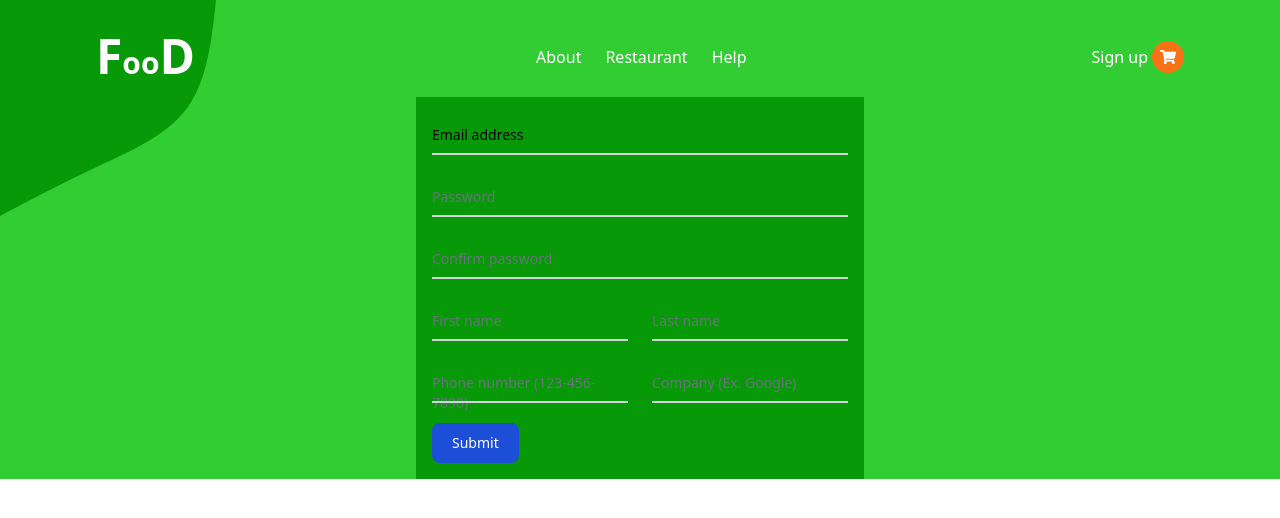
Repository: KhushiCode14/FoodWeb
Page: /signUp (app in frontend/)
An editor plug-in stored every save of this project. The page is shown before and after the next save, followed by the edit.
The browser window is 1280 px wide. The pictures show the whole page.
The project was rebuilt for these pictures with package versions that can differ from the ones it lists, and the page was loaded fresh each time. Also part of the build but not shown: frontend/src/Pages/Home.tsx, frontend/src/components/Home/SignIn.tsx, frontend/src/components/Home/Cart.tsx.

Above is the page before, as saved 2024-09-20 20:01:26.

### frontend/src/index.css
@tailwind base;
@tailwind components;
@tailwind utilities;

.bgBack{
  background-image: url(../src/components/images/background.svg);
}
.bgSignUp{
  background-image:url(../src/components/images/signUpBg.jpeg);
}

### frontend/src/App.tsx
import { Route, BrowserRouter as Router, Routes, } from 'react-router-dom';
import './App.css';
import Navbar from './Pages/Navbar';
import Home from './Pages/Home';
import SignUp from './components/Home/SignUp';
import SignIn from './components/Home/SignIn';
import Cart from './components/Home/Cart';

function App() {
  return (
    <div className="App bgBack m-0 px-20 pt-2 max-sm:px-3 max-sm:pt-1">
      <Router>
        <Navbar />
        <Routes>
          <Route path="/" element={<Home />} />
          <Route path="/signUp" element={<SignUp />} />
          {/* Sign Up: This action is for new users who want to create an account. */}
          <Route path="/signIn" element={<SignIn />} />
          {/* Sign In: This action is for users who already have an account */}
          <Route path="/cart" element={<Cart />} />
          {/* <Route  path="/about" element={About} />
        <Route  path="/contact" element={Contact} /> */}
        </Routes>
      </Router>

    </div>
  );
}

export default App;

### frontend/src/Pages/Navbar.tsx
import { NavLink, Link } from "react-router-dom";
import { FaShoppingCart, FaCartPlus } from "react-icons/fa";
import { useState } from "react";
import { IoReorderThreeOutline } from "react-icons/io5";

interface Nav {
  to: string;
  linkName: string;
}

const Navbar: React.FC = () => {
  const [sign, setSign] = useState<string>('Sign up');
  const [menu, setMenu] = useState<boolean>(false);
  const [cart, setCart] = useState<JSX.Element>(<FaShoppingCart />);

  const navLinks: Nav[] = [
    { to: "/about", linkName: "About" },
    { to: "/", linkName: "Restaurant" },
    { to: "/help", linkName: "Help" },
  ];

  const handleSignToggle = () => {
    setSign((prev) => (prev === 'Sign up' ? 'Sign in' : 'Sign up'));
  };

  const handleCartToggle = () => {
    setCart((prevCart) =>
      prevCart.type === FaShoppingCart ? <FaCartPlus /> : <FaShoppingCart />
    );
  };

  return (
    <div className="mt-2 flex justify-between items-center text-white  p-4">
      <div className="font-bold text-3xl">
        <Link to="/">
          <span className="text-5xl">F</span>oo<span className="text-5xl">D</span>
        </Link>
      </div>

      {/* Desktop Menu */}
      <div className="hidden md:flex">
        {navLinks.map((link, index) => (
          <Link key={index} to={link.to} className="mx-3 hover:text-gray-400">
            {link.linkName}
          </Link>
        ))}
      </div>

      {/* Mobile Menu Button */}
      <div className="flex items-center relative">
        <button className="hidden md:block">
          <NavLink to="/signUp" onClick={handleSignToggle} className="m-1">
            {sign}
          </NavLink>
        </button>

        <div onClick={handleCartToggle} className="bg-orange-500 p-2 rounded-full cursor-pointer">
         <Link to="/cart"> {cart}</Link>
        </div>

        <div className="md:hidden flex items-center ml-3">
          <IoReorderThreeOutline onClick={() => setMenu(!menu)} className="text-2xl cursor-pointer" />
        </div>
      </div>

      {/* Mobile Dropdown Menu */}
      {menu && (
        <div className="md:hidden mt-2 absolute right-0 w-40 bg-orange-500  p-2 rounded-lg z-10 top-20">
          <ul className="flex flex-col">
            {navLinks.map((link, index) => (
              <li key={index} className="my-1">
                <Link to={link.to} className="block px-4 py-2 text-white text-1xl  hover:bg-orange-800 rounded">
                  {link.linkName}
                </Link>
              </li>
            ))}
          </ul>
        </div>
      )}
    </div>
  );
};

export default Navbar;

### frontend/src/components/Home/SignUp.tsx
import React, { useState } from 'react';

const FormComponent: React.FC = () => {
  const [formData, setFormData] = useState({
    email: '',
    password: '',
    repeatPassword: '',
    firstName: '',
    lastName: '',
    phone: '',
    company: ''
  });

  const handleChange = (e: React.ChangeEvent<HTMLInputElement>) => {
    setFormData({ ...formData, [e.target.name]: e.target.value });
  };

  const handleSubmit = (e: React.FormEvent) => {
    e.preventDefault();
    console.log(formData);
    // Add form submission logic here
  };

  return (
    <form className="max-w-md mx-auto bg-[#079907] p-4 " onSubmit={handleSubmit} >
      <div className="relative z-0 w-full mb-5 group ">
        <input
          type="email"
          name="email"
          id="floating_email"
          className="block py-2.5 px-0 w-full text-sm text-black bg-transparent border-0 border-b-2 border-gray-300 appearance-none dark:text-white dark:border-gray-600 dark:focus:border-blue-500 focus:outline-none focus:ring-0 focus:border-blue-600 peer"
          placeholder=" "
          value={formData.email}
          onChange={handleChange}
          required
        />
        <label
          htmlFor="floating_email"
          className="peer-focus:font-medium absolute text-sm text-black  dark:text-gray-900 duration-300 transform -translate-y-6 scale-75 top-3 -z-10 origin-[0] peer-focus:start-0 rtl:peer-focus:translate-x-1/4 peer-focus:text-blue-600 peer-focus:dark:text-blue-500 peer-placeholder-shown:scale-100 peer-placeholder-shown:translate-y-0 peer-focus:scale-75 peer-focus:-translate-y-6"
        >
          Email address
        </label>
      </div>

      <div className="relative z-0 w-full mb-5 group">
        <input
          type="password"
          name="password"
          id="floating_password"
          className="block py-2.5 px-0 w-full text-sm text-gray-900 bg-transparent border-0 border-b-2 border-gray-300 appearance-none dark:text-gray-900  dark:border-gray-600 dark:focus:border-blue-500 focus:outline-none focus:ring-0 focus:border-blue-600 peer"
          placeholder=" "
          value={formData.password}
          onChange={handleChange}
          required
        />
        <label
          htmlFor="floating_password"
          className="peer-focus:font-medium absolute text-sm text-gray-500 dark:text-gray-900 duration-300 transform -translate-y-6 scale-75 top-3 -z-10 origin-[0] peer-focus:start-0 rtl:peer-focus:translate-x-1/4 peer-focus:text-blue-600 peer-focus:dark:text-blue-500 peer-placeholder-shown:scale-100 peer-placeholder-shown:translate-y-0 peer-focus:scale-75 peer-focus:-translate-y-6"
        >
          Password
        </label>
      </div>

      <div className="relative z-0 w-full mb-5 group">
        <input
          type="password"
          name="repeatPassword"
          id="floating_repeat_password"
          className="block py-2.5 px-0 w-full text-sm text-gray-900 bg-transparent border-0 border-b-2 border-gray-300 appearance-none dark:text-gray-900  dark:border-gray-600 dark:focus:border-blue-500 focus:outline-none focus:ring-0 focus:border-blue-600 peer"
          placeholder=" "
          value={formData.repeatPassword}
          onChange={handleChange}
          required
        />
        <label
          htmlFor="floating_repeat_password"
          className="peer-focus:font-medium absolute text-sm text-gray-500 dark:text-gray-900  duration-300 transform -translate-y-6 scale-75 top-3 -z-10 origin-[0] peer-focus:start-0 rtl:peer-focus:translate-x-1/4 peer-focus:text-blue-600 peer-focus:dark:text-blue-500 peer-placeholder-shown:scale-100 peer-placeholder-shown:translate-y-0 peer-focus:scale-75 peer-focus:-translate-y-6"
        >
          Confirm password
        </label>
      </div>

      <div className="grid md:grid-cols-2 md:gap-6">
        <div className="relative z-0 w-full mb-5 group">
          <input
            type="text"
            name="firstName"
            id="floating_first_name"
            className="block py-2.5 px-0 w-full text-sm text-gray-900 bg-transparent border-0 border-b-2 border-gray-300 appearance-none dark:text-gray-900  dark:border-gray-600 dark:focus:border-blue-500 focus:outline-none focus:ring-0 focus:border-blue-600 peer"
            placeholder=" "
            value={formData.firstName}
            onChange={handleChange}
            required
          />
          <label
            htmlFor="floating_first_name"
            className="peer-focus:font-medium absolute text-sm text-gray-500 dark:text-gray-900 duration-300 transform -translate-y-6 scale-75 top-3 -z-10 origin-[0] peer-focus:start-0 rtl:peer-focus:translate-x-1/4 peer-focus:text-blue-600 peer-focus:dark:text-blue-500 peer-placeholder-shown:scale-100 peer-placeholder-shown:translate-y-0 peer-focus:scale-75 peer-focus:-translate-y-6"
          >
            First name
          </label>
        </div>

        <div className="relative z-0 w-full mb-5 group">
          <input
            type="text"
            name="lastName"
            id="floating_last_name"
            className="block py-2.5 px-0 w-full text-sm text-gray-900 bg-transparent border-0 border-b-2 border-gray-300 appearance-none dark:text-gray-900  dark:border-gray-600 dark:focus:border-blue-500 focus:outline-none focus:ring-0 focus:border-blue-600 peer"
            placeholder=" "
            value={formData.lastName}
            onChange={handleChange}
            required
          />
          <label
            htmlFor="floating_last_name"
            className="peer-focus:font-medium absolute text-sm text-gray-500 dark:text-gray-900 duration-300 transform -translate-y-6 scale-75 top-3 -z-10 origin-[0] peer-focus:start-0 rtl:peer-focus:translate-x-1/4 peer-focus:text-blue-600 peer-focus:dark:text-blue-500 peer-placeholder-shown:scale-100 peer-placeholder-shown:translate-y-0 peer-focus:scale-75 peer-focus:-translate-y-6"
          >
            Last name
          </label>
        </div>
      </div>

      <div className="grid md:grid-cols-2 md:gap-6">
        <div className="relative z-0 w-full mb-5 group">
          <input
            type="tel"
            pattern="[0-9]{3}-[0-9]{3}-[0-9]{4}"
            name="phone"
            id="floating_phone"
            className="block py-2.5 px-0 w-full text-sm text-gray-900 bg-transparent border-0 border-b-2 border-gray-300 appearance-none dark:text-white dark:border-gray-600 dark:focus:border-blue-500 focus:outline-none focus:ring-0 focus:border-blue-600 peer"
            placeholder=" "
            value={formData.phone}
            onChange={handleChange}
            required
          />
          <label
            htmlFor="floating_phone"
            className="peer-focus:font-medium absolute text-sm text-gray-500 dark:text-gray-900  duration-300 transform -translate-y-6 scale-75 top-3 -z-10 origin-[0] peer-focus:start-0 rtl:peer-focus:translate-x-1/4 peer-focus:text-blue-600 peer-focus:dark:text-blue-500 peer-placeholder-shown:scale-100 peer-placeholder-shown:translate-y-0 peer-focus:scale-75 peer-focus:-translate-y-6"
          >
            Phone number (123-456-7890)
          </label>
        </div>

        <div className="relative z-0 w-full mb-5 group">
          <input
            type="text"
            name="company"
            id="floating_company"
            className="block py-2.5 px-0 w-full text-sm text-gray-900 bg-transparent border-0 border-b-2 border-gray-300 appearance-none dark:text-gray-900  dark:border-gray-600 dark:focus:border-blue-500 focus:outline-none focus:ring-0 focus:border-blue-600 peer"
            placeholder=" "
            value={formData.company}
            onChange={handleChange}
            required
          />
          <label
            htmlFor="floating_company"
            className="peer-focus:font-medium absolute text-sm text-gray-500 dark:text-gray-900 duration-300 transform -translate-y-6 scale-75 top-3 -z-10 origin-[0] peer-focus:start-0 rtl:peer-focus:translate-x-1/4 peer-focus:text-blue-600 peer-focus:dark:text-blue-500 peer-placeholder-shown:scale-100 peer-placeholder-shown:translate-y-0 peer-focus:scale-75 peer-focus:-translate-y-6"
          >
            Company (Ex. Google)
          </label>
        </div>
      </div>

      <button
        type="submit"
        className="text-white bg-blue-700 hover:bg-blue-800 focus:ring-4 focus:outline-none focus:ring-blue-300 font-medium rounded-lg text-sm w-full sm:w-auto px-5 py-2.5 text-center dark:bg-blue-600 dark:hover:bg-blue-700 dark:focus:ring-blue-800"
      >
        Submit
      </button>
    </form>
  );
};

export default FormComponent;

### frontend/tailwind.config.js
/** @type {import('tailwindcss').Config} */
module.exports = {
  content: [
    "./src/**/*.{js,jsx,ts,tsx}",
  ],
  theme: {
    extend: {
      fontFamily: {
        'cursive': ['Pacifico', 'cursive']
      }
    },
  },
  plugins: [],
}

Loaded but not shown: frontend/public/index.html (common file); frontend/src/index.tsx (common file); frontend/src/reportWebVitals.ts (common file); frontend/src/App.css (no stored copy; drawn as an empty file)

After the next save:
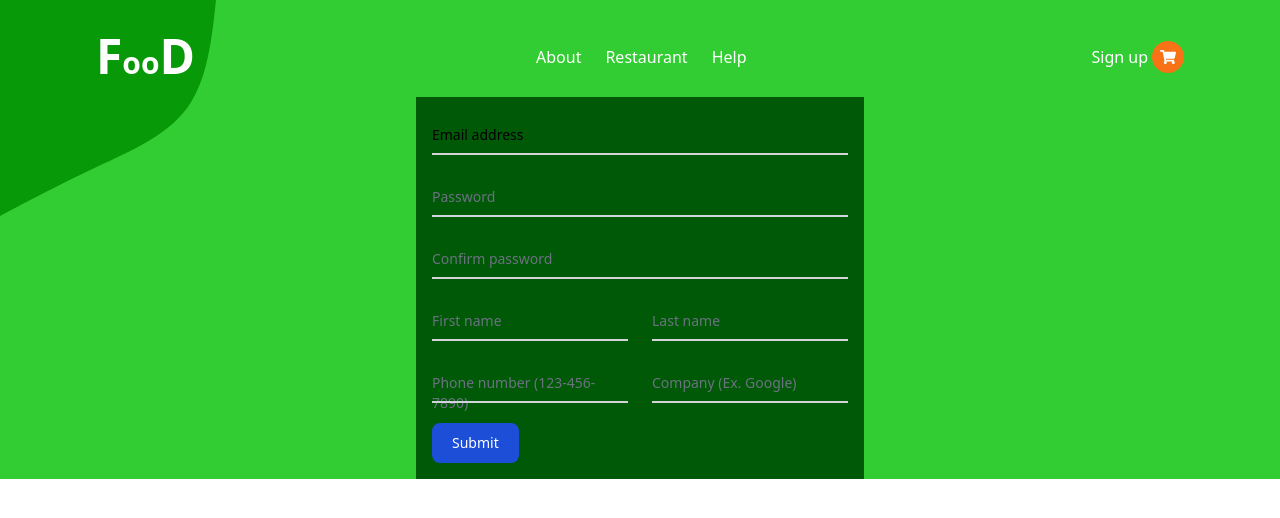
Saved 11 s later.
--- a/frontend/src/components/Home/SignUp.tsx
+++ b/frontend/src/components/Home/SignUp.tsx
@@ -22,7 +22,7 @@ const FormComponent: React.FC = () => {
   };
 
   return (
-    <form className="max-w-md mx-auto bg-[#079907] p-4 " onSubmit={handleSubmit} >
+    <form className="max-w-md mx-auto bg-[#005907] p-4 " onSubmit={handleSubmit} >
       <div className="relative z-0 w-full mb-5 group ">
         <input
           type="email"
